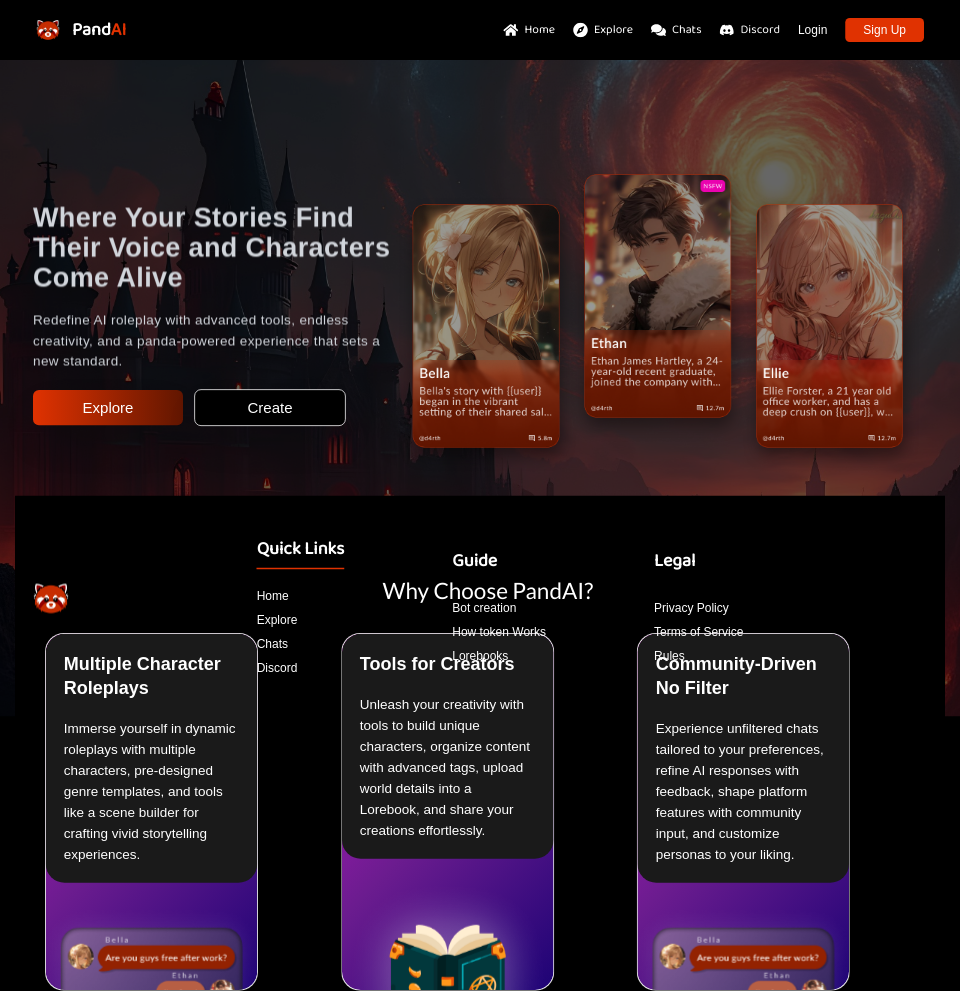
Repository: PandamoniumAI/Pandamonium
Page: /preview
The author's editor kept a copy of each file at every save. The page is drawn from the files as they stood at one save, then again after the next save.
The browser window is 1280 px wide. The pictures show the whole page, at 75% of full size.
Some web libraries are served in a nearby version. The project was rebuilt for these pictures with package versions that can differ from the ones it lists, and the page was loaded fresh each time. Also part of the build but not shown: vite.config.js, src/Utils/Utils.js, src/Components/SearchBar/SearchBar.jsx, src/Components/CSS/CharacterCard.css, src/Components/CharacterCard/CharacterCard.jsx, src/Components/CSS/CharacterCardModal.css, src/Components/CharacterCardModal/CharacterCardModal.jsx, src/Components/CSS/Tags.css and 15 more.

Above is the page before, as saved 2025-01-01 21:48:18.

After the next save:
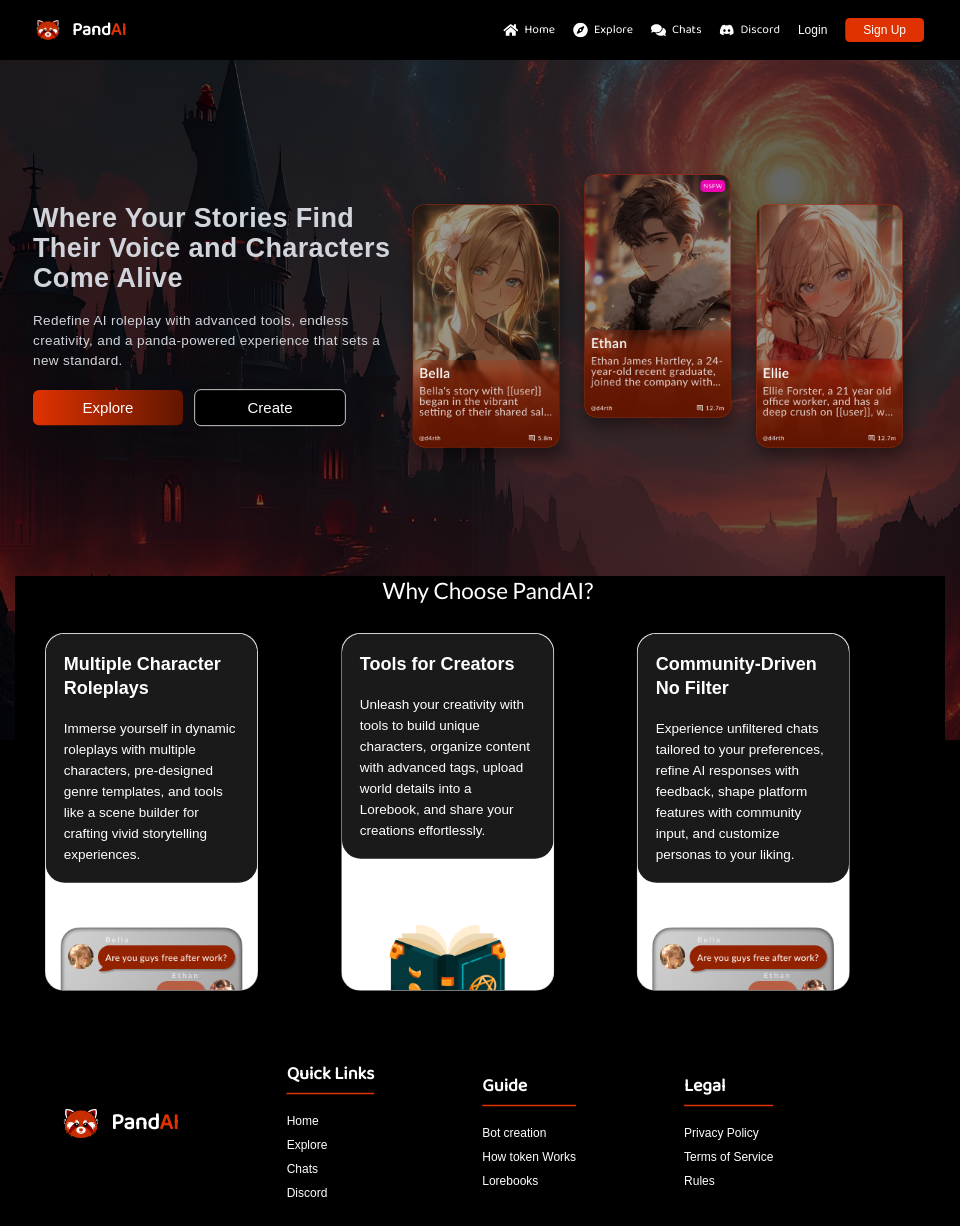
Saved 37 s later.
--- a/src/Preview/Preview.jsx
+++ b/src/Preview/Preview.jsx
@@ -59,22 +59,22 @@
       </div>
 
       <div className="preview-container relative p-6">
-        <div className="Preview-text mt-[50px] absolute top-[200px] animate__animated animate__fadeIn">
-          <p className="text-4xl text-gray-300 font-bold mb-6 tracking-[0.5px] w-[500px] animate__animated animate__fadeIn animate__delay-1s">
+        <div className="Preview-text mt-[50px] absolute top-[200px]">
+          <p className="text-4xl text-gray-300 font-bold mb-6 tracking-[0.5px] w-[500px]">
             Where Your Stories Find Their Voice and Characters Come Alive
           </p>
-          <p className="text-[18px] text-gray-300 leading-[27px] tracking-[0.5px] w-[500px] mb-8 animate__animated animate__fadeIn animate__delay-1.5s">
+          <p className="text-[18px] text-gray-300 leading-[27px] tracking-[0.5px] w-[500px] mb-8">
             Redefine AI roleplay with advanced tools, endless creativity, and a
             panda-powered experience that sets a new standard.
           </p>
         </div>
 
-        <div className="Buttons absolute top-[500px] flex space-x-4 mb-8 animate__animated animate__fadeIn animate__delay-2s">
-          <button className="text-white text-xl h-[47px] w-[200px] rounded-lg shadow-2xl bg-gradient-to-r from-[#E03201] to-[#611600] transform hover:scale-105 transition-all duration-300 ease-in-out hover:shadow-orange-500/50 hover:shadow-lg animate__animated animate__fadeIn">
+        <div className="Buttons absolute top-[500px] flex space-x-4 mb-8">
+          <button className="text-white text-xl h-[47px] w-[200px] rounded-lg shadow-2xl bg-gradient-to-r from-[#E03201] to-[#611600] transform hover:scale-105 transition-all duration-300 ease-in-out hover:shadow-orange-500/50 hover:shadow-lg">
             <span className="relative z-10">Explore</span>
           </button>
           <button
-            className="create bg-black text-white text-xl h-[47px] w-[200px] rounded-lg shadow-2xl outline outline-1 hover:outline-none transition-all duration-300 ease-in-out transform hover:scale-105 hover:shadow-[#B22801]/50 hover:shadow-lg relative overflow-hidden group animate__animated animate__fadeIn animate__delay-2.5s"
+            className="create bg-black text-white text-xl h-[47px] w-[200px] rounded-lg shadow-2xl outline outline-1 hover:outline-none transition-all duration-300 ease-in-out transform hover:scale-105 hover:shadow-[#B22801]/50 hover:shadow-lg relative overflow-hidden group"
             style={{
               outlineImage:
                 "linear-gradient(to right, #FFCBBB, #D07A5A, #A8382D, #611600)",
@@ -86,18 +86,18 @@
           </button>
         </div>
 
-        <div className="absolute right-[30px] top-[200px] animate__animated animate__fadeIn animate__delay-3s">
+        <div className="absolute right-[30px] top-[200px]">
           <img src={image} alt="" />
         </div>
       </div>
 
-      <div className="info px-10 relative bg-black" style={{ top: "700px" }}>
-        <div className="infotext mb-8 text-white animate__animated animate__fadeIn animate__delay-3.5s">
+      <div className="info px-10 relative bg-black" style={{top: "700px"}}>
+        <div className="infotext mb-8 text-white">
           <h1 className="text-3xl font-lato text-white ml-[450px]">
             Why Choose PandAI?
           </h1>
 
-          <div className="cards grid grid-cols-1 md:grid-cols-3 gap-6 mt-10 animate__animated animate__fadeIn animate__delay-4s">
+          <div className="cards grid grid-cols-1 md:grid-cols-3 gap-6 mt-10">
             {[
               "Multiple Character Roleplays",
               "Tools for Creators",
@@ -105,7 +105,7 @@
             ].map((title, index) => (
               <div
                 key={index}
-                className="card relative flex flex-col justify-between w-[284px] h-[477px] rounded-[25px] overflow-hidden hover:scale-105 transform transition-all duration-300 ease-in-out"
+                className="card relative flex flex-col justify-between w-[284px] h-[477px] rounded-[25px] overflow-hidden"
                 onMouseMove={(e) => handleCardHover(e, e.currentTarget)}
               >
                 <div
@@ -130,8 +130,8 @@
                     {index === 0
                       ? "Immerse yourself in dynamic roleplays with multiple characters, pre-designed genre templates, and tools like a scene builder for crafting vivid storytelling experiences."
                       : index === 1
-                      ? "Unleash your creativity with tools to build unique characters, organize content with advanced tags, upload world details into a Lorebook, and share your creations effortlessly."
-                      : "Experience unfiltered chats tailored to your preferences, refine AI responses with feedback, shape platform features with community input, and customize personas to your liking."}
+                        ? "Unleash your creativity with tools to build unique characters, organize content with advanced tags, upload world details into a Lorebook, and share your creations effortlessly."
+                        : "Experience unfiltered chats tailored to your preferences, refine AI responses with feedback, shape platform features with community input, and customize personas to your liking."}
                   </p>
                 </div>
                 <div className="image-container mt-4">
@@ -139,27 +139,25 @@
                     <img
                       src={Chatcard}
                       alt="Roleplay"
-                      className="w-full rounded-[25px] animate__animated animate__zoomIn"
+                      className="w-full rounded-[25px]"
                     />
                   ) : index === 1 ? (
                     <img
                       src={Book}
                       alt="Creator Tools"
-                      className="w-full rounded-[25px] animate__animated animate__zoomIn"
+                      className="w-full rounded-[25px]"
                     />
                   ) : (
                     <img
                       src={Roleplay}
                       alt="Community"
-                      className="w-full rounded-[25px] animate__animated animate__zoomIn"
+                      className="w-full rounded-[25px]"
                     />
                   )}
                 </div>
               </div>
             ))}
           </div>
-        </div>
-      </div>
 
           <div className="Footer bg-black py-8 px-6 mt-10 flex items-center justify-start space-x-36">
             <div className="flex items-center">
@@ -228,5 +226,7 @@
             </div>
           </div>
         </div>
+      </div>
+    </div>
   );
 }
